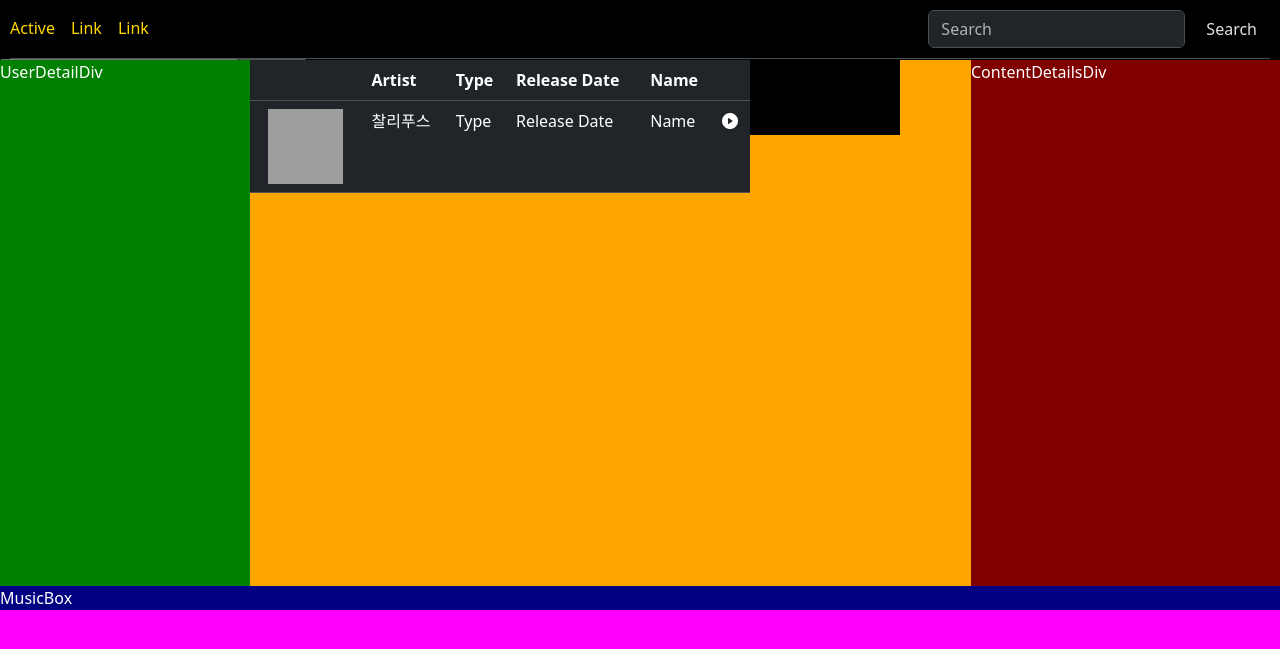
Repository: budflower44/My_Music_Life
Page: http://localhost/my_music_life/WEB-INF/views/mml/main.jsp
These files come from the project's save history. The page is drawn as it stood at one moment and after the next save; the edit follows.
The browser window is 1280 px wide. The pictures show the whole page.
Pictures or frames that could not be fetched are drawn as grey boxes. The page is served by Tomcat 9. Nobody is signed in. The template is opened directly, without the code that normally fills it, so the values that code supplies are empty.

Above is the page before, as saved 2024-02-16 04:31:09.
Console error: TypeError: Cannot read properties of null (reading 'addEventListener')

After the next save:
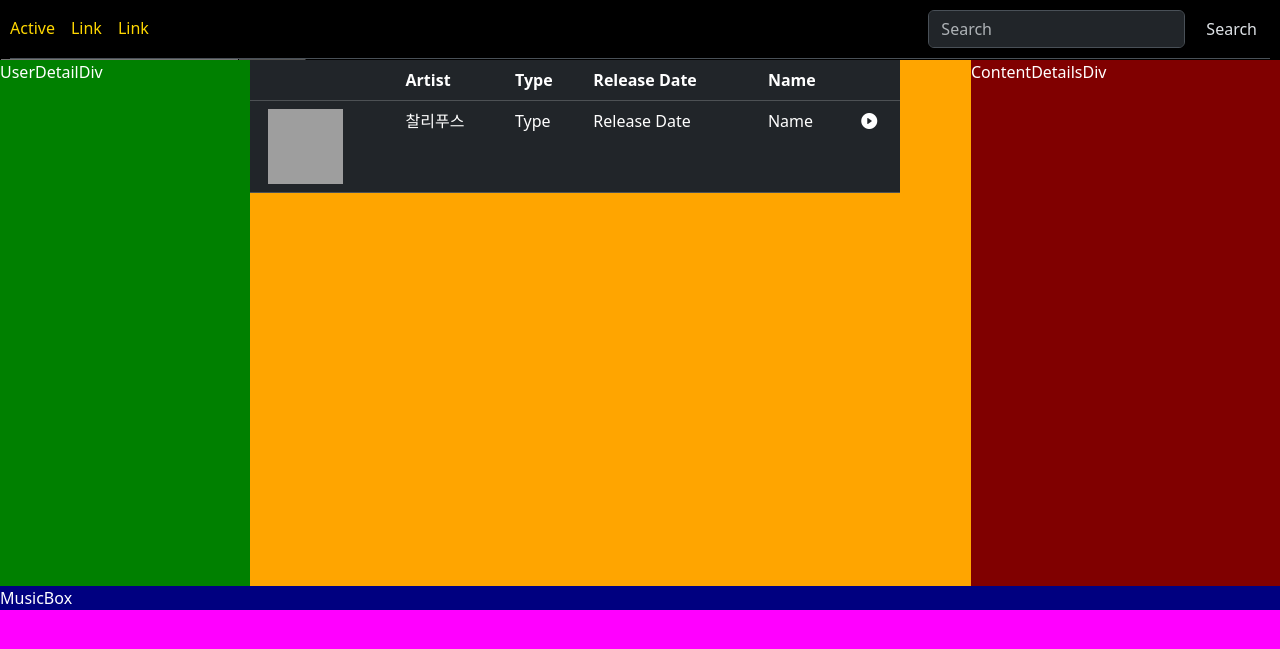
Saved 7 s later.
--- a/my_music_life/src/main/webapp/WEB-INF/views/mml/main.jsp
+++ b/my_music_life/src/main/webapp/WEB-INF/views/mml/main.jsp
@@ -105,7 +105,7 @@ body{
 }
 .table{
 	width: 800px;
-	max-width: 500px;
+	max-width: 650px;
 }
 </style>
 <body>
